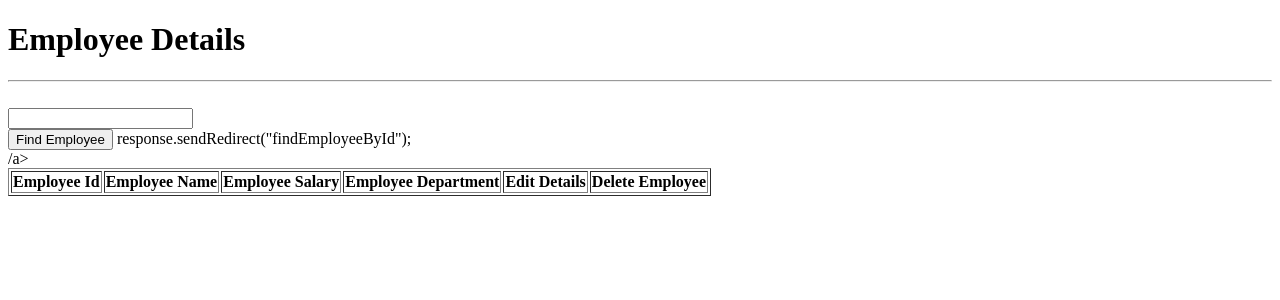
Repository: Amrinshaik/Day10
Page: http://localhost/EmployeeApp/displayAllEmployeeDetails.jsp
The author's editor kept a copy of each file at every save. The page is drawn from the files as they stood at one save, then again after the next save.
The browser window is 1280 px wide. The pictures show the whole page.
The page is served by Tomcat 9. The template is opened directly, without the code that normally fills it, so the values that code supplies are empty.

Above is the page before, as saved 2018-09-08 10:29:25.

After the next save:
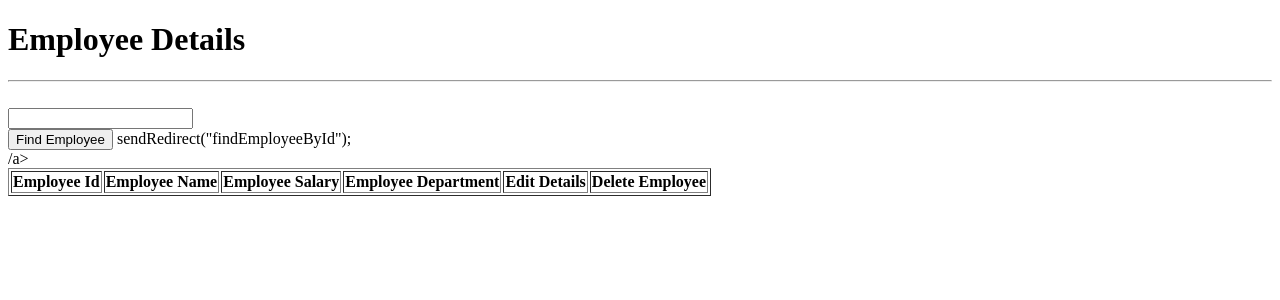
Saved 9 s later.
--- a/EmployeeApp/WebContent/displayAllEmployeeDetails.jsp
+++ b/EmployeeApp/WebContent/displayAllEmployeeDetails.jsp
@@ -15,7 +15,7 @@
 	<form action="findEmployeeById" method="get">
   <input type="text" name="employeeId"><br>
   <input type="submit" value="Find Employee">
-  response.sendRedirect("findEmployeeById");
+ sendRedirect("findEmployeeById");
 </form>
 /a>
 	<table border="1">
